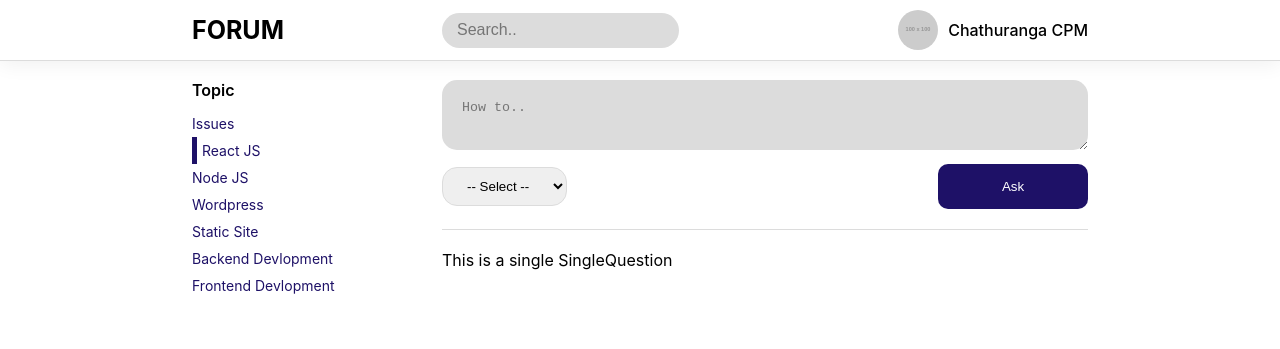
Repository: ChathurangaCPM/developer-forum
Page: / (app in client/)
These files come from the project's save history. The page is drawn as it stood at one moment and after the next save; the edit follows.
The browser window is 1280 px wide. The pictures show the whole page.
The project was rebuilt for these pictures with package versions that can differ from the ones it lists, and the page was loaded fresh each time.

Above is the page before, as saved 2022-05-09 21:53:57.

After the next save:
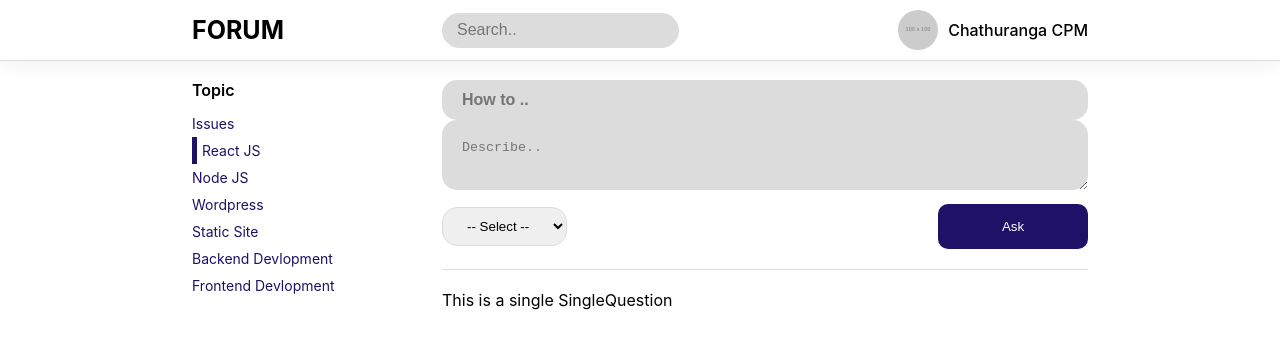
Saved 98 s later.
--- a/client/src/components/AddQuestion/AddQuestion.js
+++ b/client/src/components/AddQuestion/AddQuestion.js
@@ -4,7 +4,8 @@ function AddQuestion() {
 	return (
 		<div className="addquestion_wrapper">
 			<form >
-                <textarea placeholder="How to.."></textarea>
+                <input type="text" placeholder="How to .."/>
+                <textarea placeholder="Describe.."></textarea>
                 <div className="selrct_cat">
                     <select>
                         <option>-- Select --</option>
